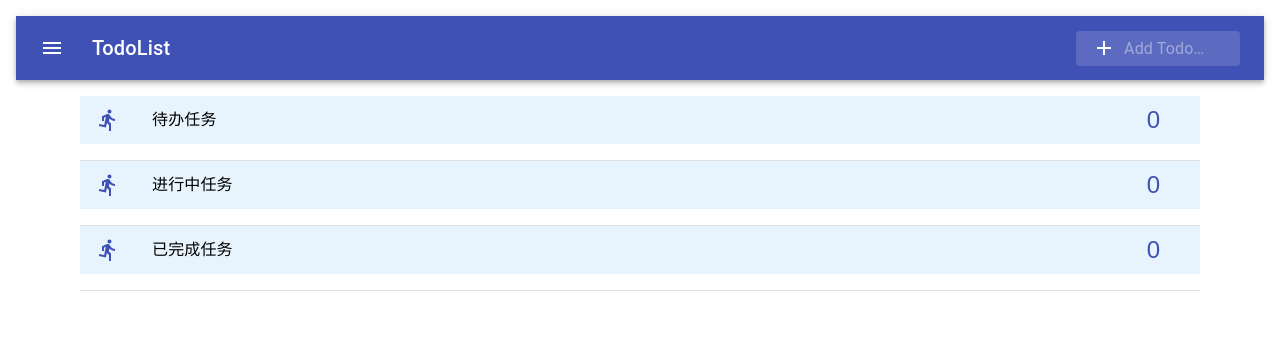
Repository: harperl71/TodoList
Page: /
The author's editor kept a copy of each file at every save. The page is drawn from the files as they stood at one save, then again after a run of saves.
The browser window is 1280 px wide. The pictures show the whole page.
The project was rebuilt for these pictures with package versions that can differ from the ones it lists, and the page was loaded fresh each time. Also part of the build but not shown: src/components/content/task-item/index.tsx.

Above is the page before, as saved 2021-05-21 14:35:07.

After the next 2 saves:
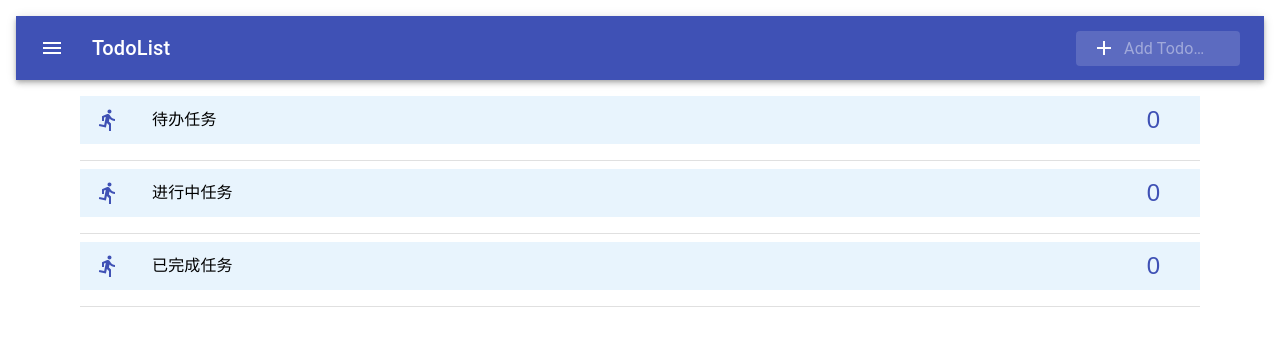
The 2 saves are shown as one change because 1 did not build or start.
The last was saved 2 min 2 s later.
--- a/src/components/content/task-list/index.tsx
+++ b/src/components/content/task-list/index.tsx
@@ -19,6 +19,7 @@ const useStyles = makeStyles((theme) => ({
     padding: 0,
   },
   listHeader: {
+    marginTop: theme.spacing(1),
     backgroundColor: "#e8f4fd",
   },
   listTitle: {
